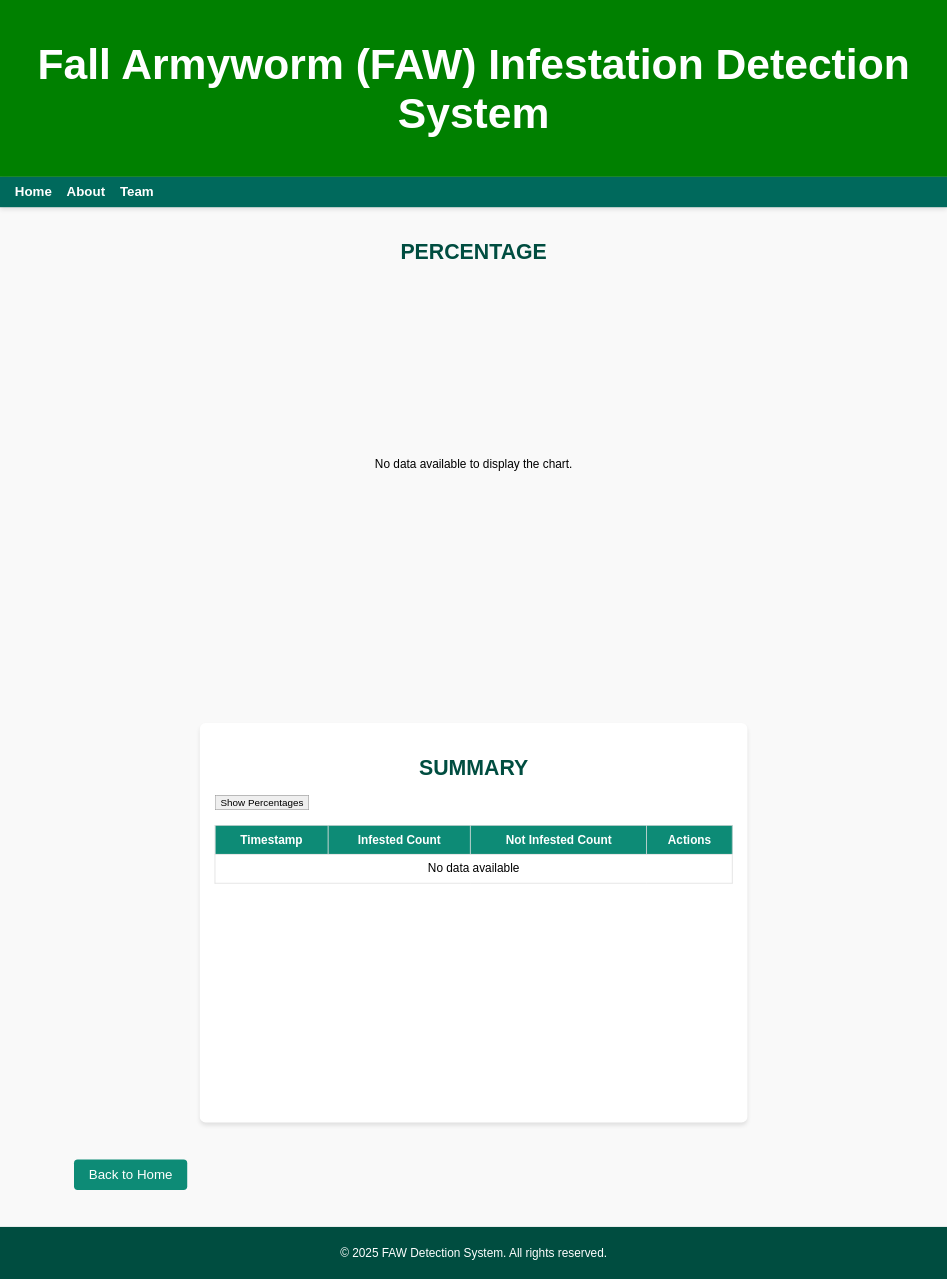
Repository: jansen223/faw-detection-main
Page: /summary
These files come from the project's save history. The page is drawn as it stood at one moment and after the next save; the edit follows.
The browser window is 1280 px wide. The pictures show the whole page, at 74% of full size.
The page's requests for data from a server got no answer. The project was rebuilt for these pictures with package versions that can differ from the ones it lists, and the page was loaded fresh each time. No one was signed in, and anything a server would have sent is missing. Also part of the build but not shown: src/pages/Home.css, src/pages/Home.js, src/pages/About.css, src/pages/About.js, src/pages/Team.css, src/pages/Team.js.

Above is the page before, as saved 2025-04-13 13:34:40.

After the next save:
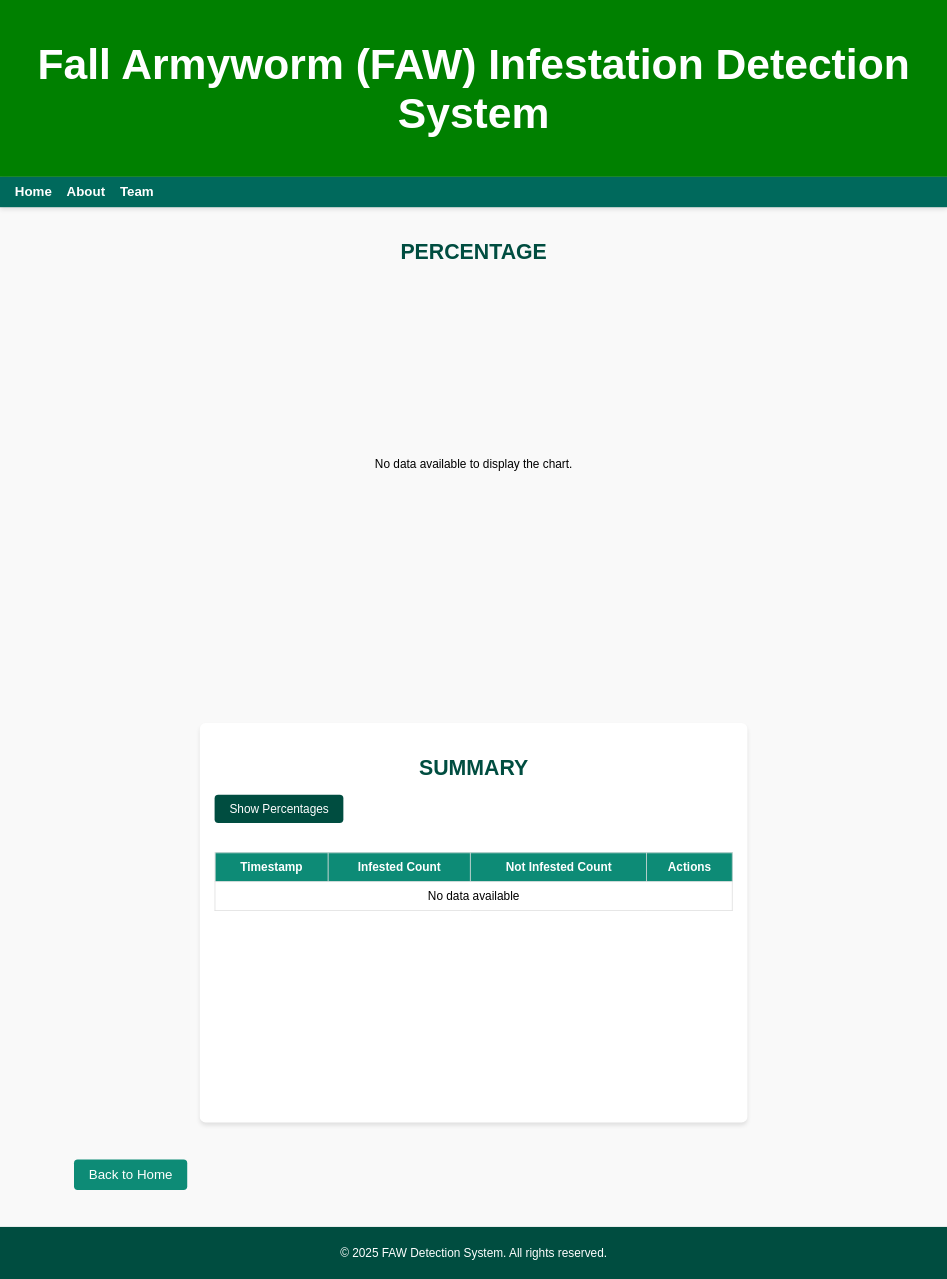
Saved 18 s later.
--- a/src/pages/Summary.css
+++ b/src/pages/Summary.css
@@ -108,3 +108,19 @@
 .delete-button:hover {
   background-color: #b71c1c;
 }
+
+.toggle-percentages-button {
+  margin-bottom: 20px;
+  padding: 10px 20px;
+  background-color: #004d40;
+  color: white;
+  border: none;
+  border-radius: 5px;
+  cursor: pointer;
+  font-size: 16px;
+  transition: background-color 0.3s ease;
+}
+
+.toggle-percentages-button:hover {
+  background-color: #00695c;
+}
